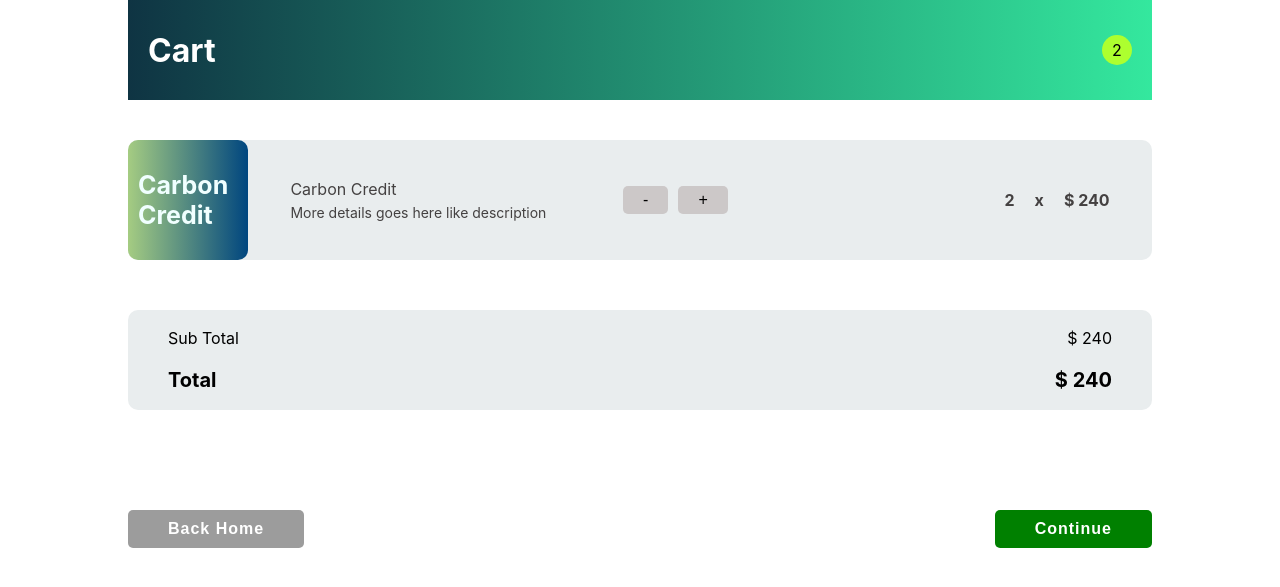
Repository: Yowani24/CarbonApp
Page: /cart
An editor plug-in stored every save of this project. The page is shown before and after the next save, followed by the edit.
The browser window is 1280 px wide. The pictures show the whole page.
The project was rebuilt for these pictures with package versions that can differ from the ones it lists, and the page was loaded fresh each time. The framework's server and built-in components were replaced by stand-ins that run in the browser. Also part of the build but not shown: next.config.js.

Above is the page before, as saved 2021-09-27 01:15:37.

After the next save:
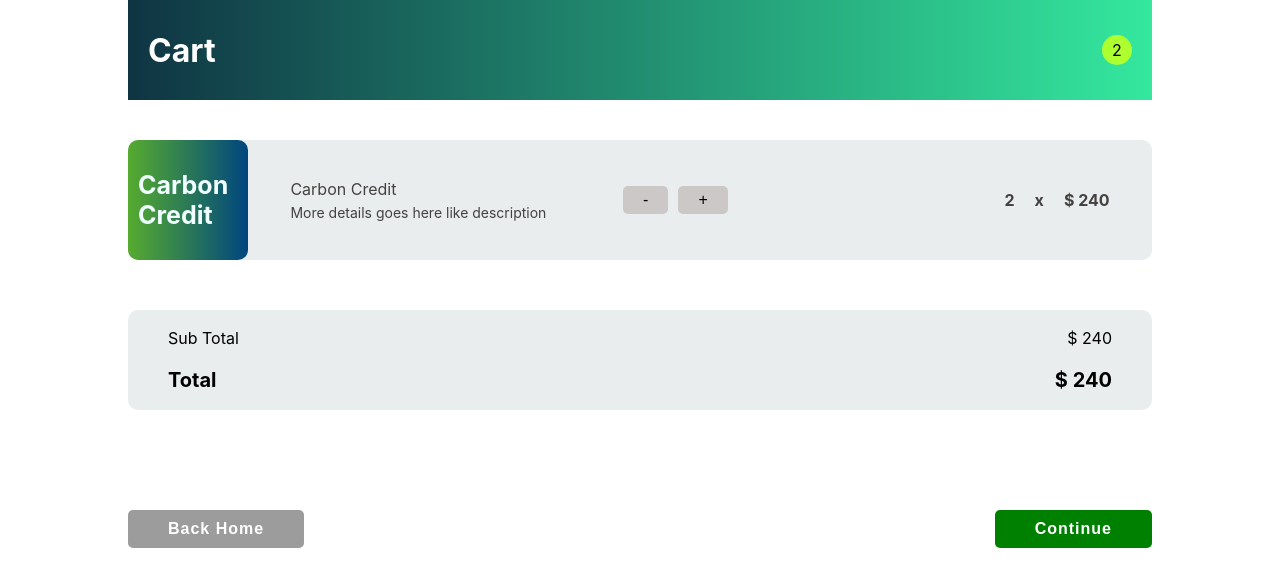
Saved 6 s later.
--- a/pages/cart/Cart.module.css
+++ b/pages/cart/Cart.module.css
@@ -61,7 +61,7 @@
 
     background: #00467F;  /* fallback for old browsers */
 background: -webkit-linear-gradient(to right, #56ab2f , #00467F);  /* Chrome 10-25, Safari 5.1-6 */
-background: linear-gradient(to right, #A5CC82, #00467F); /* W3C, IE 10+/ Edge, Firefox 16+, Chrome 26+, Opera 12+, Safari 7+ */
+background: linear-gradient(to right, #56ab2f , #00467F); /* W3C, IE 10+/ Edge, Firefox 16+, Chrome 26+, Opera 12+, Safari 7+ */
 
 
     display: flex;
